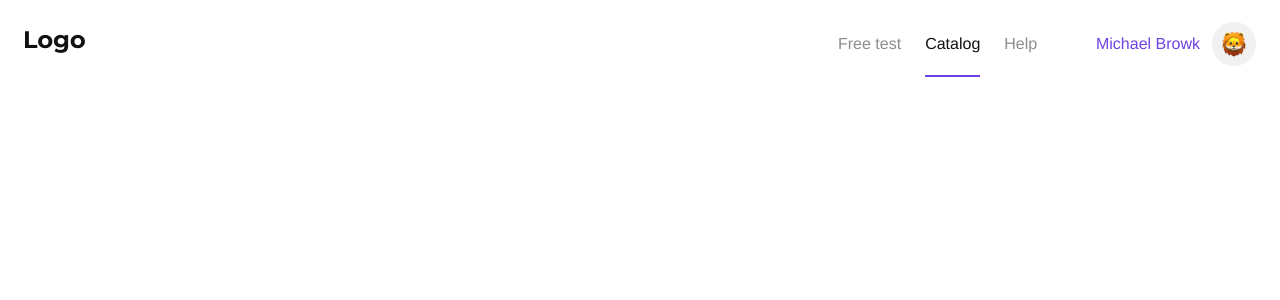
Repository: skydevil1604/vue-test-app
Page: /#/main-page
An editor plug-in stored every save of this project. The page is shown before and after the next save, followed by the edit.
The browser window is 1280 px wide. The pictures show the whole page.
The project was rebuilt for these pictures with package versions that can differ from the ones it lists, and the page was loaded fresh each time. Also part of the build but not shown: src/components/Tabs.vue, src/components/Tab.vue, src/components/Login.vue, src/components/Registration.vue, src/components/AuthenticationForm.vue.

Above is the page before, as saved 2020-04-06 19:53:31.

### public/index.html
<!DOCTYPE html>
<html lang="en">
  <head>
    <meta charset="utf-8">
    <meta http-equiv="X-UA-Compatible" content="IE=edge">
    <meta name="viewport" content="width=device-width,initial-scale=1.0">
    <link rel="icon" href="<%= BASE_URL %>favicon.ico">
    <link rel="stylesheet" href="../src/assets/normalize.css">
    <title><%= htmlWebpackPlugin.options.title %></title>
  </head>
  <body style="margin:0 auto;">
    <noscript>
      <strong>We're sorry but <%= htmlWebpackPlugin.options.title %> doesn't work properly without JavaScript enabled. Please enable it to continue.</strong>
    </noscript>
    <div id="app"></div>
    <!-- built files will be auto injected -->
  </body>
</html>

### src/main.js
import Vue from 'vue'
import App from './App.vue'
import VueRouter from 'vue-router'
import router from './router';

Vue.config.productionTip = false;
Vue.use(VueRouter)

new Vue({
  render: h => h(App),
  router
}).$mount('#app');

### src/App.vue
<template>
  <div id="app">
    <router-view>
      <AuthenticationForm />
    </router-view>
  </div>
</template>

<script>
import AuthenticationForm from './components/AuthenticationForm';

export default {
  name: 'App',
  components: {
    AuthenticationForm
  }
}
</script>

<style>
#app {
  font-family: Avenir, Helvetica, Arial, sans-serif;
  -webkit-font-smoothing: antialiased;
  -moz-osx-font-smoothing: grayscale;
  text-align: center;
  display: flex;
  height: 100vh;
}
</style>

### src/router/index.js
import Vue                        from 'vue';
import VueRouter                     from 'vue-router';
import MainPageComponent          from '@/components/MainPage';
import AuthenticationForm         from '@/components/AuthenticationForm';

Vue.use(VueRouter);

const router = new VueRouter({
    routes: [

      {
        path: '/main-page',
        name: 'mainPage',
        component: MainPageComponent,
      },
      {
        path: '/',
        name: 'authenticationForm',
        component: AuthenticationForm,
      },
    ]
  });

export default router;

### src/components/MainPage.vue
<template>
    <section class="main-page">
        <header class="header">
            <a class="logo" href="#">
                <img src="../assets/logo.png" alt="logo">
            </a>
            <nav class="navigation">
                <ul class="navigation__list">
                    <li class="navigation__item">
                        <a class="navigation__link" href="#">Free test</a>
                    </li>
                    <li class="navigation__item">
                        <a class="navigation__link navigation__link--active" href="#">Catalog</a>
                    </li>
                    <li class="navigation__item">
                        <a class="navigation__link" href="#">Help</a>
                    </li>
                </ul>
                <div class="navigation__profile">
                    <span class="navigation__user-name">Michael Browk</span>
                    <img class="navigation__user-photo" src="../assets/Lion.png" alt="">
                </div>
            </nav>
        </header>
    </section>
</template>

<script>

export default {
    name: 'MainPageComponent',
}
</script>

<style lang="scss">
    .main-page {
        max-width: 1366px;
        width: 100%;
        margin: 0 auto;
    }

    .header {
        padding-top: 22px;
        padding-bottom: 22px;
        padding-left: 24px;
        padding-right: 24px;
        display: flex;
        justify-content: space-between;
        align-items: center;
    }

    .navigation {
        display: flex;
        align-items: center;
        width: 418px;
        justify-content: space-between;

            &__list {
                list-style: none;
                display: flex;
                padding: 0;
                margin: 0;

                  &:last-child {
                    margin-right: 0;
                }
            }

            &__item {
                margin-right: 24px;
                font-size: 16px;
                color: rgba(17, 17, 17, 0.48);

                    &:hover {
                        color: #111111;
                    }
            }

            &__link {
                text-decoration: none;
                font-style: normal;
                font-weight: normal;
                font-size: inherit;
                color: inherit;
                line-height: 24px;
                padding-bottom: 25px;
                    &--active {
                        border-top-width: 6px;
                        color: #111111;
                        box-shadow: inset 0px -2px 0px #6E41E2;
                    }
            }

            &__profile {
                display: flex;
                align-items: center;
                justify-content: space-between;
            }

            &__user-name {
                font-style: normal;
                font-weight: normal;
                font-size: 16px;
                line-height: 24px;
                color: #6E41E2;
                margin-right: 12px;
            }
    }
</style>

Loaded but not shown: src/assets/normalize.css (library)

After the next save:
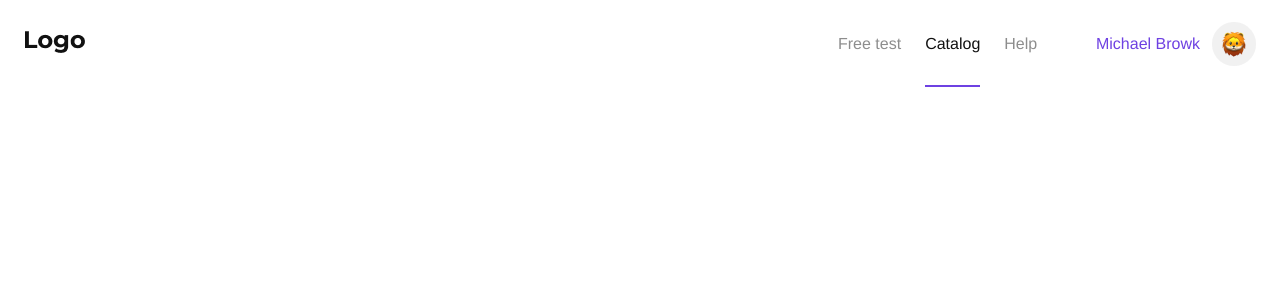
Saved 2 min 37 s later.
--- a/src/components/MainPage.vue
+++ b/src/components/MainPage.vue
@@ -83,7 +83,7 @@ export default {
                 font-size: inherit;
                 color: inherit;
                 line-height: 24px;
-                padding-bottom: 25px;
+                padding-bottom: 35px;
                     &--active {
                         border-top-width: 6px;
                         color: #111111;
